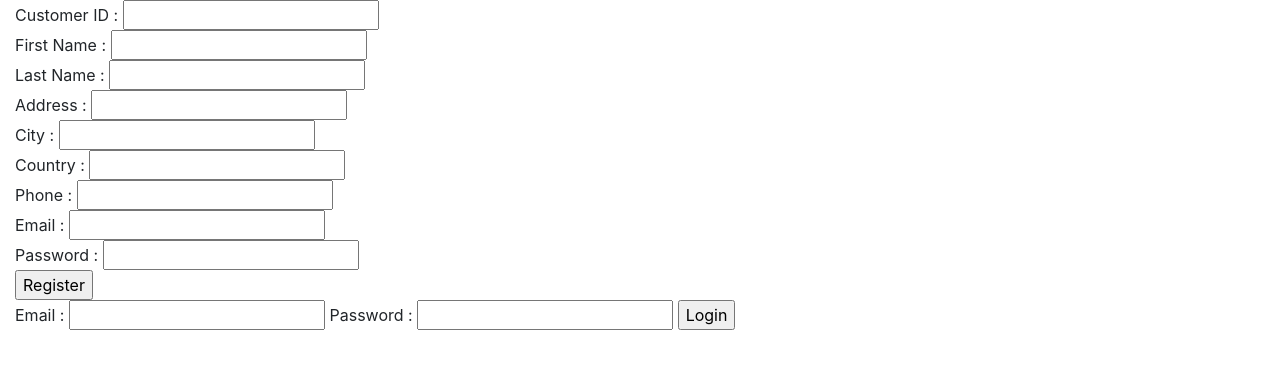
Repository: hassaanbk/CruiseBookingAndManaging
Page: http://localhost/home
An editor plug-in stored every save of this project. The page is shown before and after the next save, followed by the edit.
The browser window is 1280 px wide. The pictures show the whole page.
The page is this project's Thymeleaf template; nobody is signed in. The template is opened directly, without the code that normally fills it, so the values that code supplies are empty.

Above is the page before, as saved 2022-12-13 04:31:38.

After the next save:
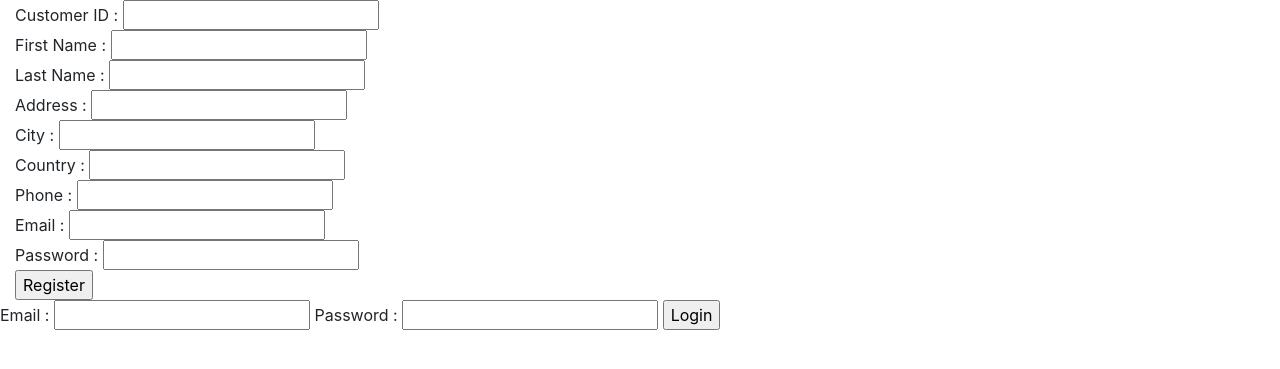
Saved 41 s later.
--- a/CustomerMicroService/src/main/resources/templates/home.html
+++ b/CustomerMicroService/src/main/resources/templates/home.html
@@ -11,9 +11,9 @@
 
 </head>
 
-<body class="container-fluid ">
+<body class="container-fluid row ">
 
-	<form action="register" method="POST">
+	<form action="register" method="POST" class="col-md-6">
 
 		Customer ID : <input type="text" name="custId" /> </br>
 
